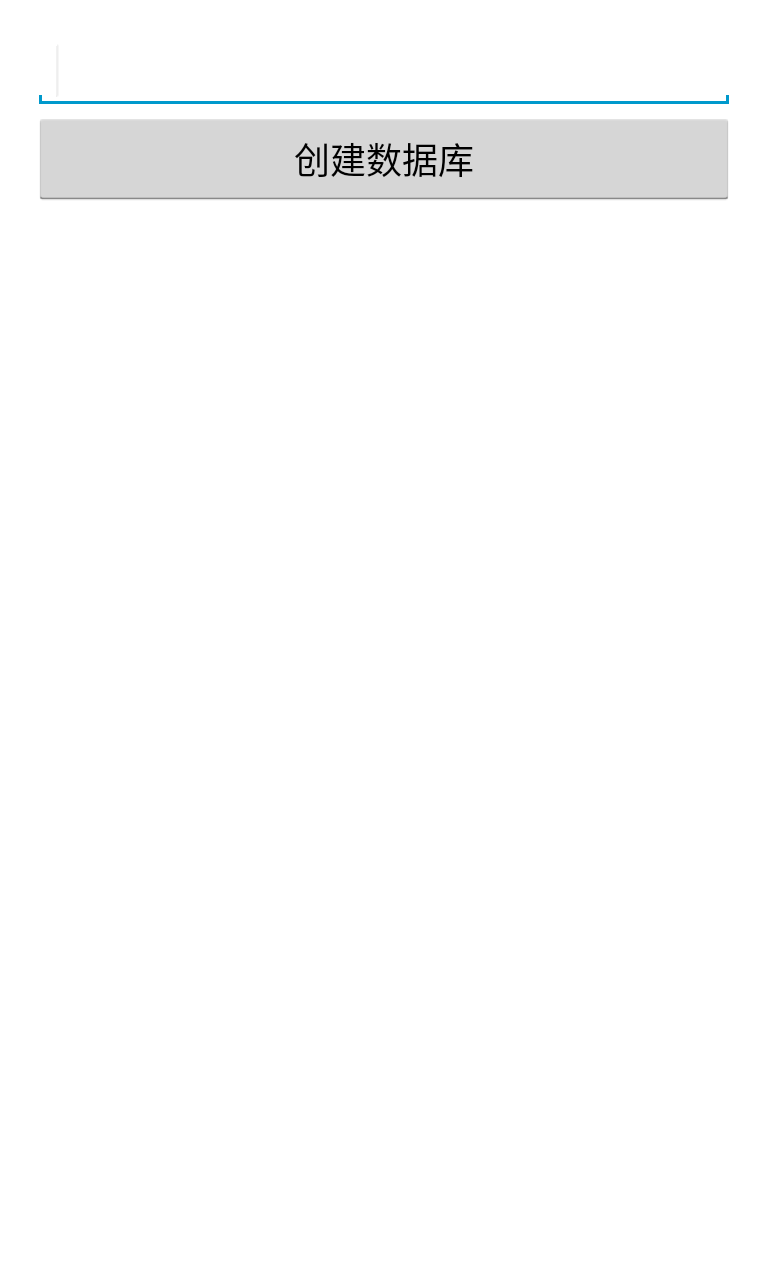
Repository: moetmd/learning-Android
Layout: SQLite/res/layout/activity_main.xml
The author's editor kept a copy of each file at every save. The layout is drawn from the files as they stood at one save, then again after the next save.
It is drawn on a 768 x 1280 px phone screen (xhdpi) without system bars, with theme AppTheme; the app's code is not run.

Above is the layout before, as saved 2014-11-18 08:55:25.

After the next save:
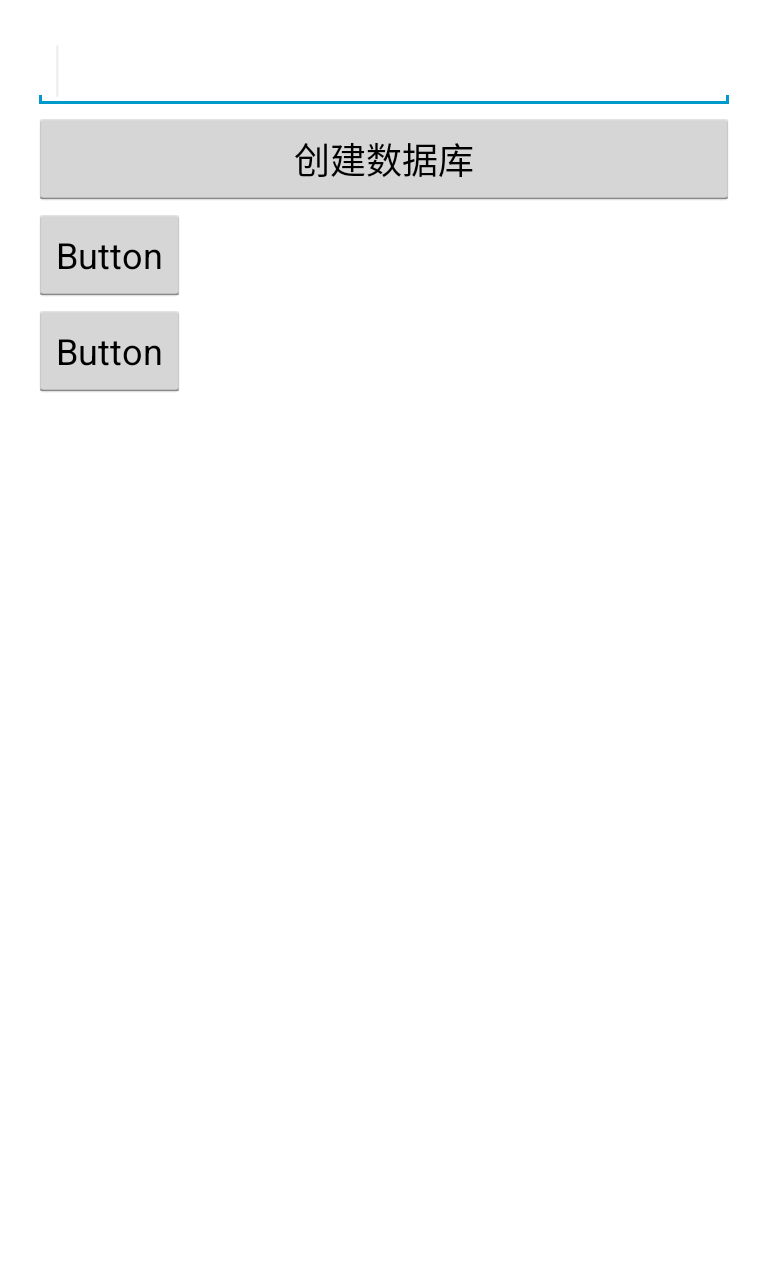
Saved 42 s later.
--- a/SQLite/res/layout/activity_main.xml
+++ b/SQLite/res/layout/activity_main.xml
@@ -30,6 +30,18 @@
             android:layout_height="wrap_content"
             android:text="创建数据库" />
 
+        <Button
+            android:id="@+id/button1"
+            android:layout_width="wrap_content"
+            android:layout_height="wrap_content"
+            android:text="Button" />
+
+        <Button
+            android:id="@+id/button2"
+            android:layout_width="wrap_content"
+            android:layout_height="wrap_content"
+            android:text="Button" />
+
     </LinearLayout>
 
 </RelativeLayout>
